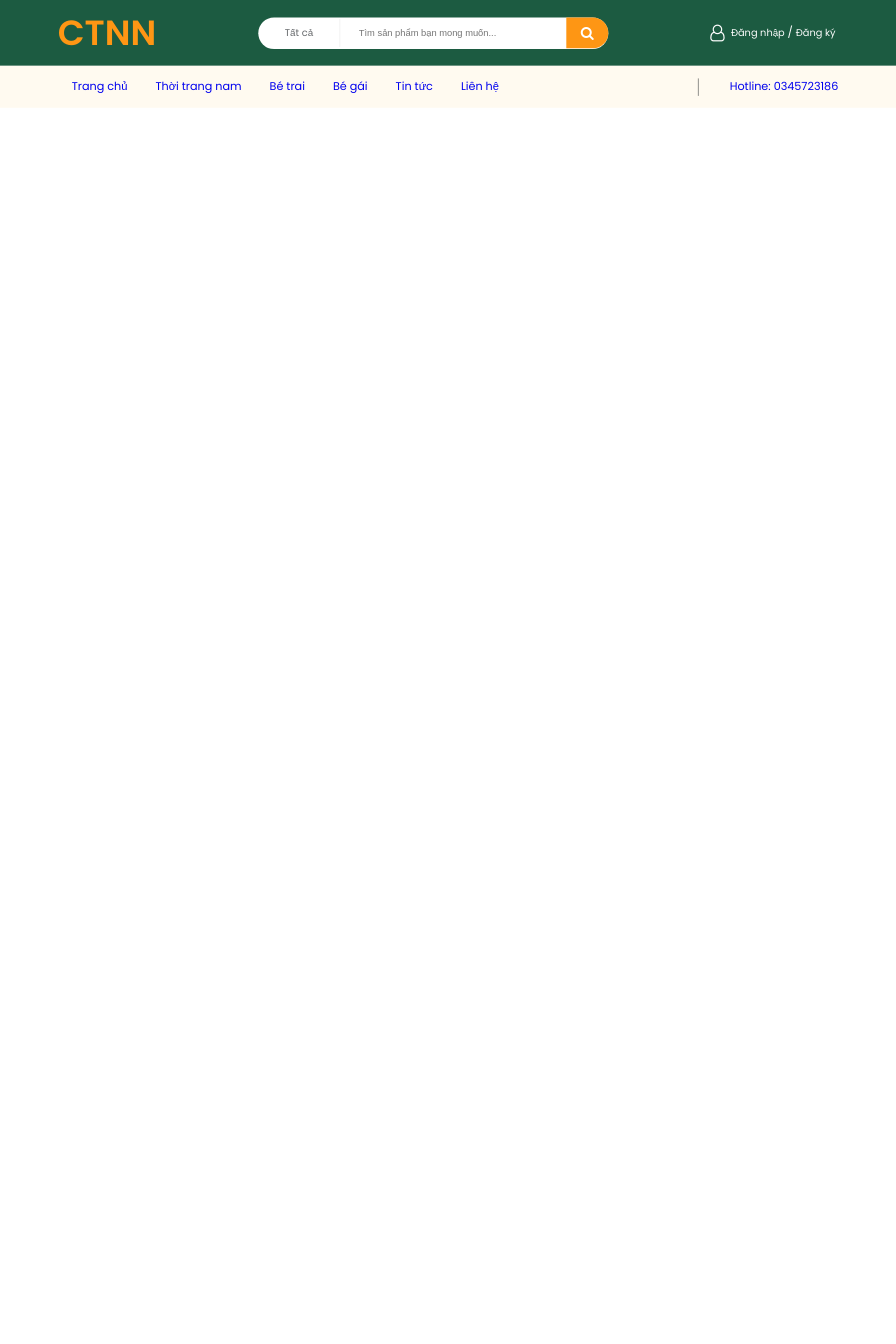
Repository: cuongchua2k2/BaiTapLon-web
Page: index.html
An editor plug-in stored every save of this project. The page is shown before and after the next save, followed by the edit.
The browser window is 1280 px wide. The pictures show the part of the page from y = 0 to 1920 px (the page is 5000 px tall), at 70% of full size.

Above is the page before, as saved 2023-12-06 16:21:49.

After the next save:
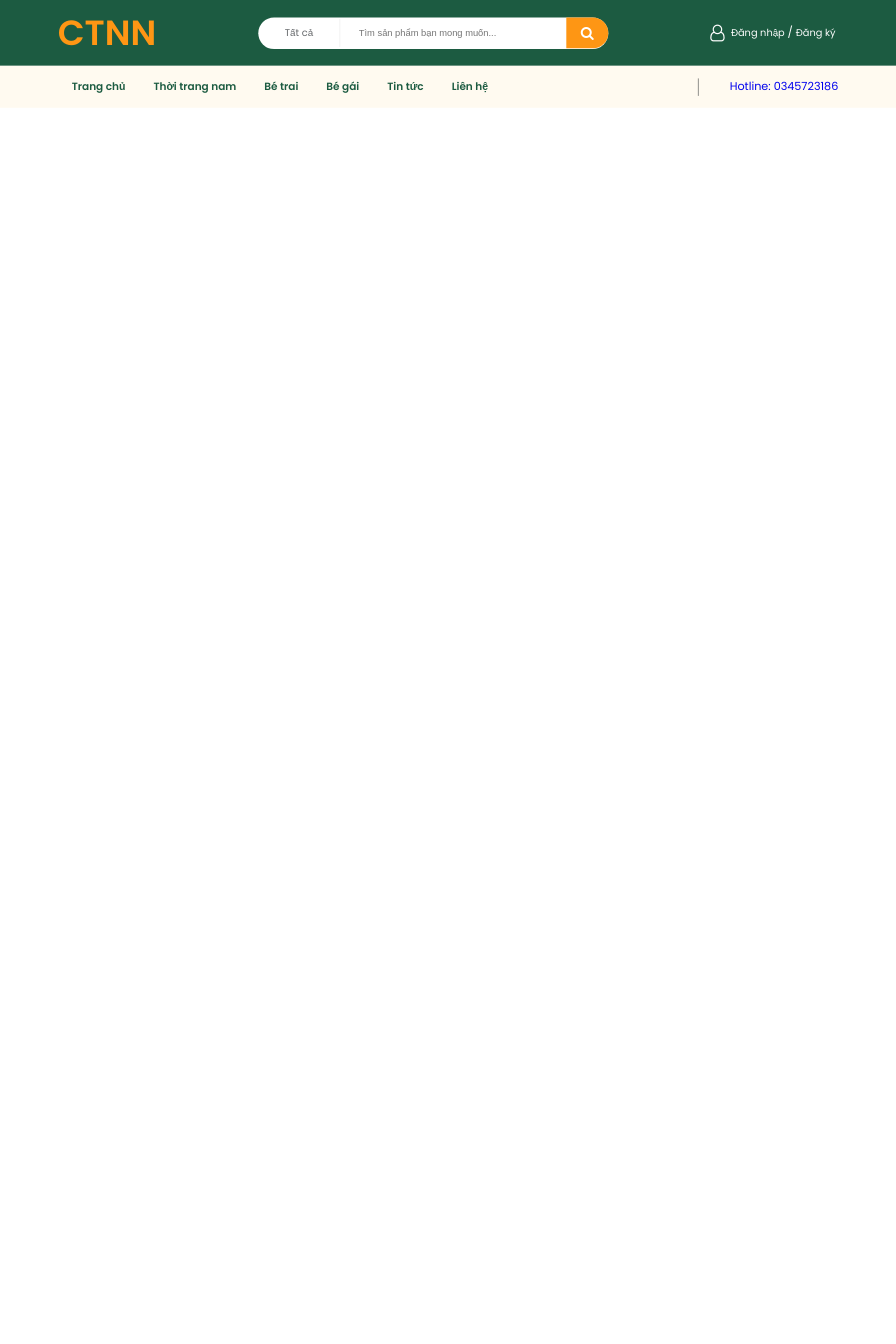
Saved 62 s later.
--- a/assets/css/style.css
+++ b/assets/css/style.css
@@ -140,6 +140,9 @@ a {
 
 .lv1__item {
   padding: 15px 20px;
+  font-weight: 600;
+  font-size: 1.5rem;
+  color: #1c5b41;
 }
 
 .lv1__item:hover {
